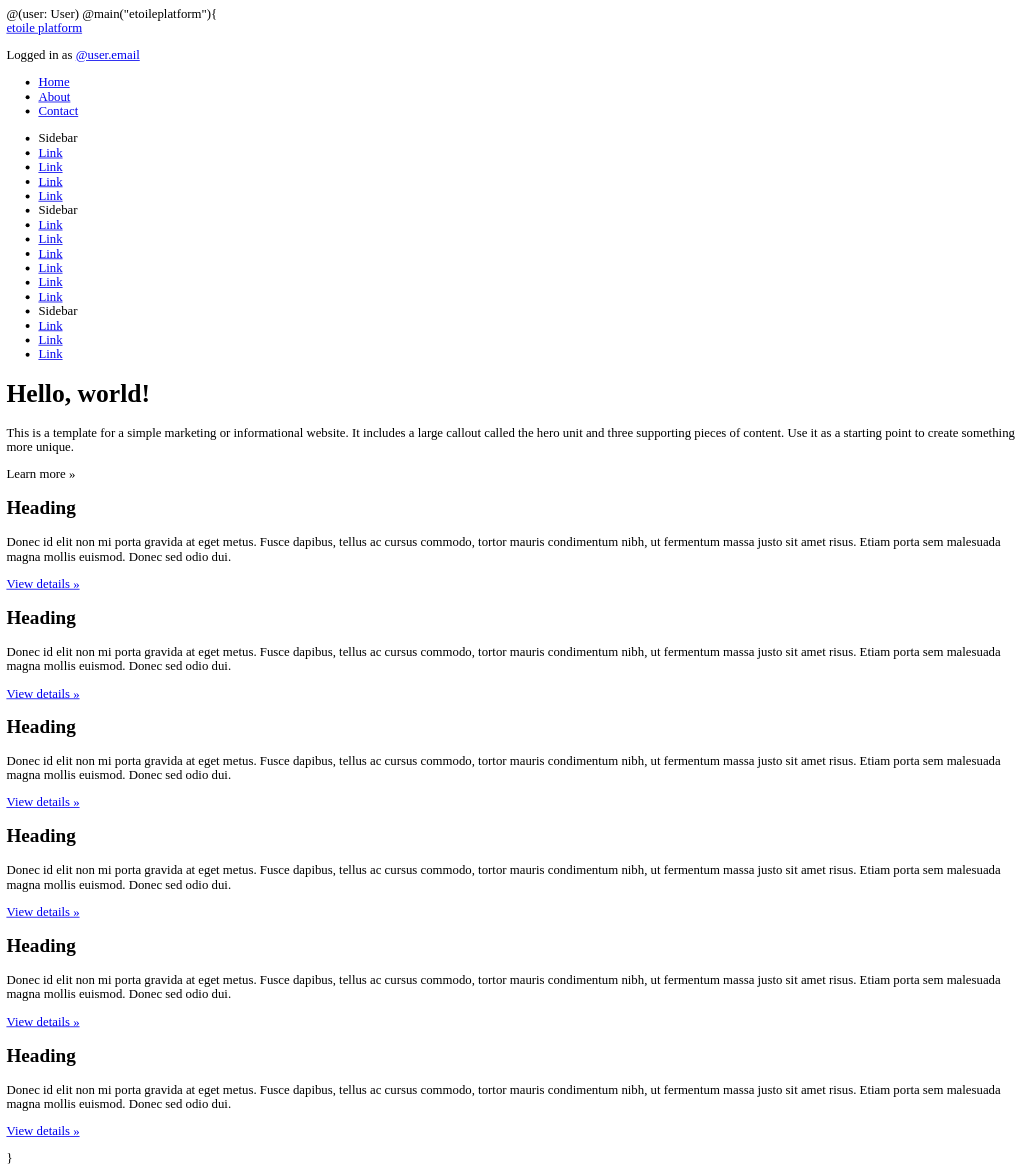
Repository: lopesdasilva/etoile
Page: etoile-play/.target/views/home.scala.html
The author's editor kept a copy of each file at every save. The page is drawn from the files as they stood at one save, then again after the next save.
The browser window is 1280 px wide. The pictures show the whole page, at 80% of full size.

Above is the page before, as saved 2012-10-23 14:22:05.

After the next save:
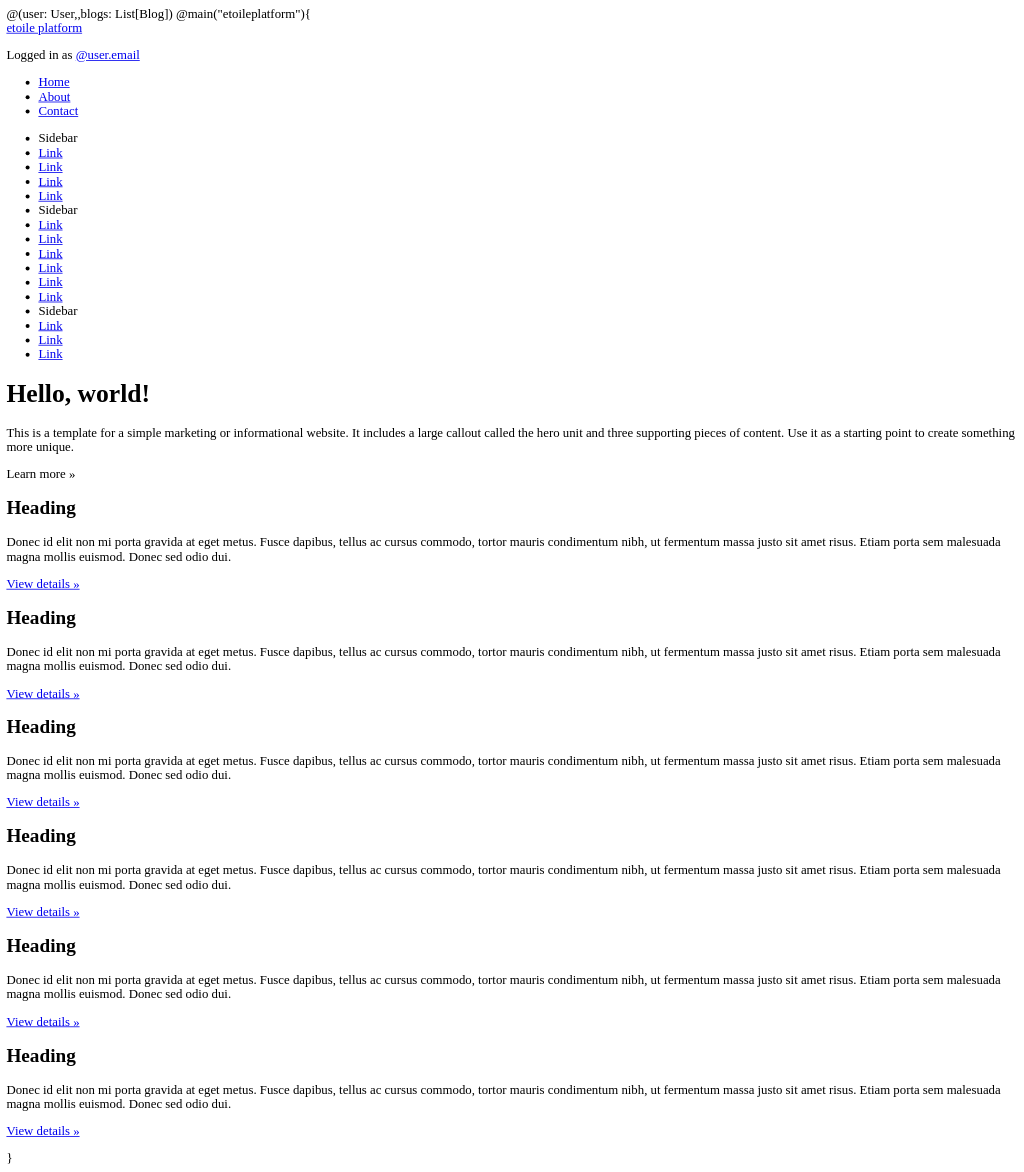
Saved 8 s later.
--- a/etoile-play/.target/views/home.scala.html
+++ b/etoile-play/.target/views/home.scala.html
@@ -1,4 +1,4 @@
-@(user: User)
+@(user: User,,blogs: List[Blog])
 @main("etoileplatform"){
 
 
